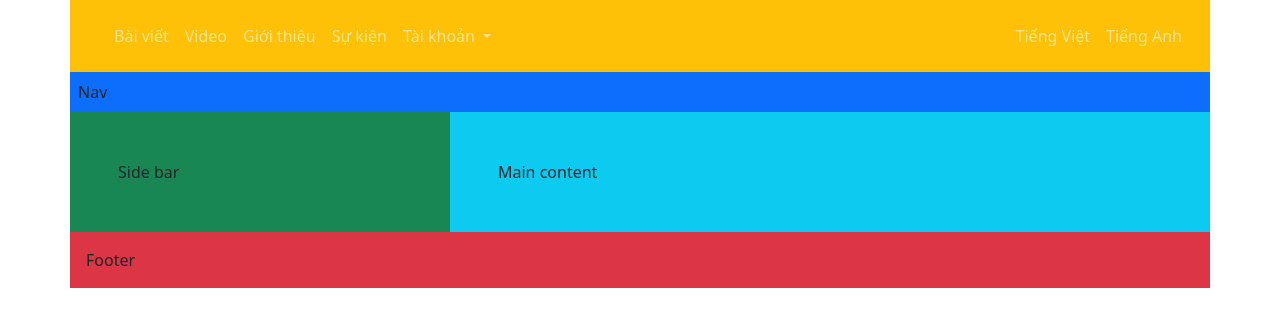
Repository: KizukoHeiwa/SOF308
Page: Lab1/index.html
These files come from the project's save history. The page is drawn as it stood at one moment and after the next save; the edit follows.
The browser window is 1280 px wide. The pictures show the whole page.

Above is the page before, as saved 2024-10-31 09:52:48.
Not found: Lab1/images/logo-energy-pilates.png

After the next save:
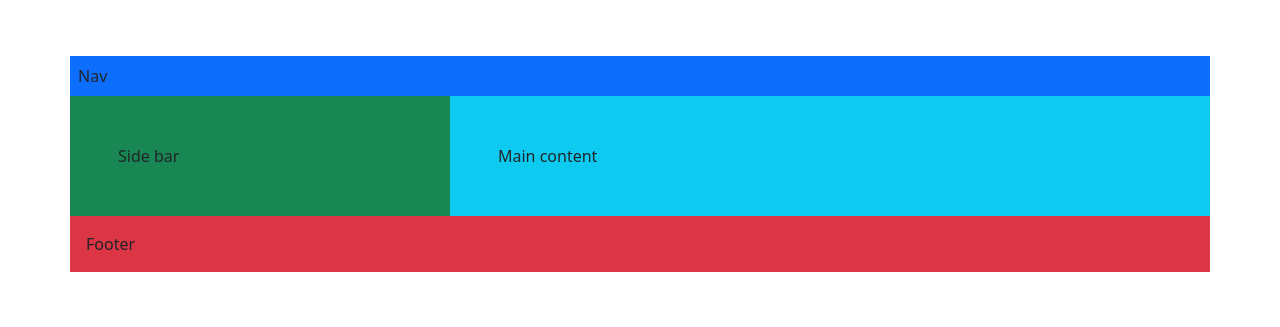
Saved 10 s later.
--- a/Lab1/index.html
+++ b/Lab1/index.html
@@ -9,7 +9,7 @@
 </head>
 <body>
     <div class="container">
-        <header class="row bg-warning p-2">
+        <header class="">
             <nav class="navbar navbar-expand-sm navbar-dark">
                 <div class="container">
                     <a class="navbar-brand" href="Lab3Index.html">
